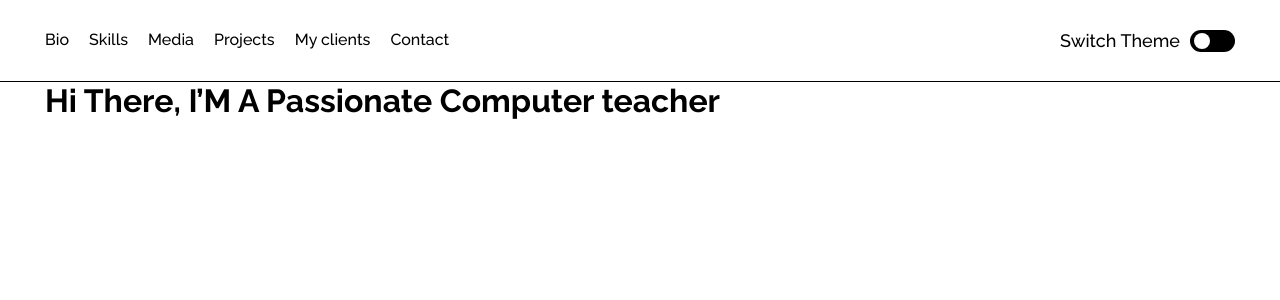
Repository: moataz305G/Personal-website
Page: index.html
These files come from the project's save history. The page is drawn as it stood at one moment and after the next save; the edit follows.
The browser window is 1280 px wide. The pictures show the whole page.

Above is the page before, as saved 2025-12-12 20:03:05.

After the next save:
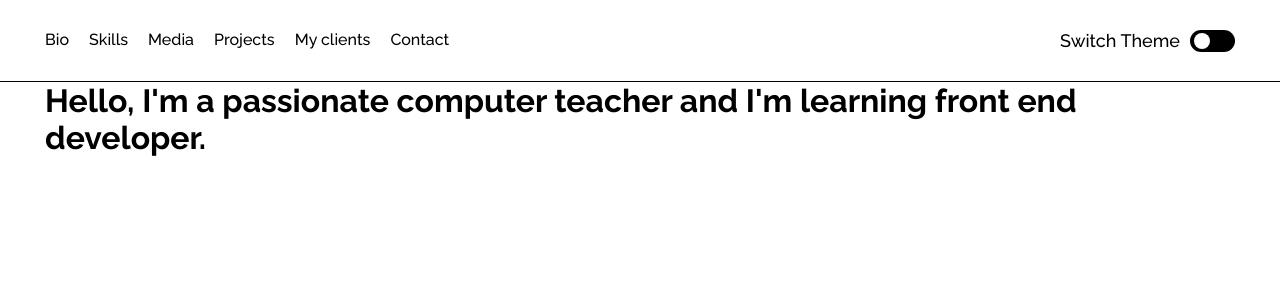
Saved 3 min 31 s later.
--- a/index.html
+++ b/index.html
@@ -42,7 +42,8 @@
 
       <sction id="bio" class="bio">
         <h1 class="bio__heading">
-          Hi There, I’M A Passionate Computer teacher
+          Hello, I'm a passionate computer teacher and I'm learning front end
+          developer.
         </h1>
       </sction>
     </div>
